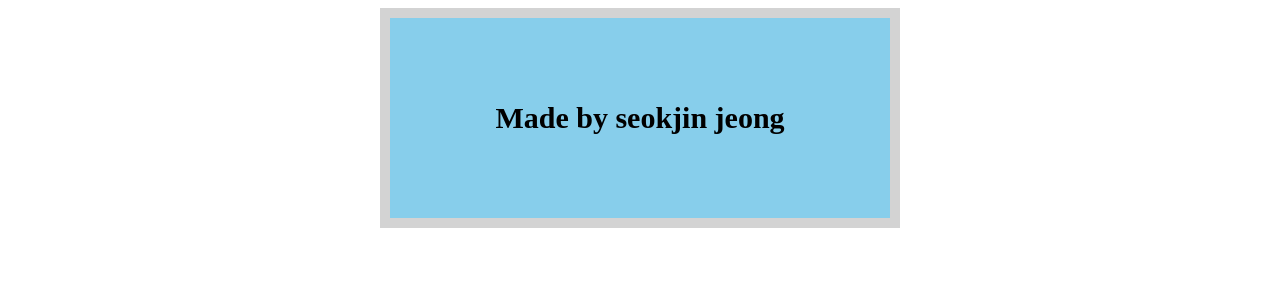
Repository: jsj961/bulletin-board-system
Page: http://localhost/BBS/madeby.jsp
An editor plug-in stored every save of this project. The page is shown before and after the next save, followed by the edit.
The browser window is 1280 px wide. The pictures show the whole page.
Some web fonts or font styles are not loaded; a fallback is used. The page is served by Tomcat 9.

Above is the page before, as saved 2021-07-03 07:50:03.

After the next save:
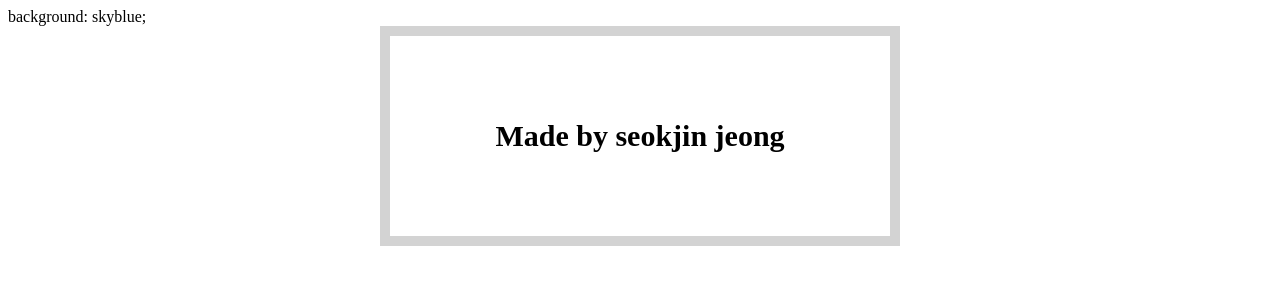
Saved 31 s later.
--- a/BBS/src/main/webapp/madeby.jsp
+++ b/BBS/src/main/webapp/madeby.jsp
@@ -7,7 +7,8 @@
 <link rel="stylesheet" href="css/custom.css">
 </head>
 <body>
-	<div class="box" style="width: 500px; background-color: skyblue;
+	background: skyblue;
+	<div class="box" style="width: 500px;
 	height: 200px; border: 10px solid lightgray;
 	font-size: 30px; margin: auto;
 	text-align: center; line-height: 200px;
